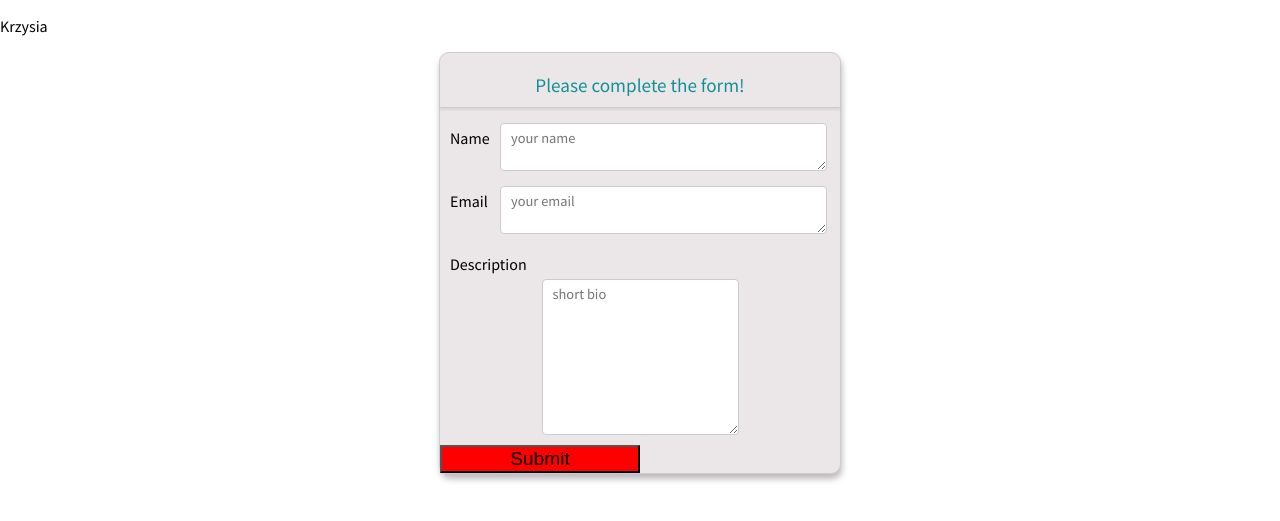
Repository: KrzysKolo/sr_tydzien4_zad2
Page: /
An editor plug-in stored every save of this project. The page is shown before and after the next save, followed by the edit.
The browser window is 1280 px wide. The pictures show the whole page.
The project was rebuilt for these pictures with package versions that can differ from the ones it lists, and the page was loaded fresh each time. Also part of the build but not shown: src/components/formComponents/ErrorMessage.js, src/components/formComponents/Message.js.

Above is the page before, as saved 2020-11-27 17:31:34.

### src/index.css
@import url("https://fonts.googleapis.com/css?family=Source+Sans+Pro");
body {
  margin: 0;
  font-family: "Source Sans Pro", sans-serif;
}

code {
  font-family: source-code-pro, Menlo, Monaco, Consolas, "Courier New",
    monospace;
}

### src/App.js
import React from 'react'
import Form from './components/Form';

function App() {
  return (
    <div>
      <p>Krzysia</p>
      <Form />
    </div>
  )
}

export default App

### src/components/Form.js
import React, { Component } from 'react';
import Input from './formComponents/Input';
import TextArea from './formComponents/TextArea';
import Button from './formComponents/Button';
import Header from './formComponents/Header';
import Message from './formComponents/Message';
import styled from 'styled-components';

const ContainerForm = styled.form`
width: 80%;
max-width: 400px;
background: rgb(235, 231, 232);
border: 1px solid rgb(206, 204, 204);
border-radius: 10px;
box-shadow: 1px 5px 6px rgb(189, 185, 189);
margin: 0 auto;
`;

class Form extends Component {

state = {
    Name: '',
    Email: '',
    Description: '',
    message: '',
    errors: {
        Name: false,
        Email: false,
        Description: false,
        }
}
message = {
    Name_incorrect: "Nazwa musi być dłuższa niż 5 znaków i nie może zawierać spacji",
    Email_incorrect: "Brak @ lub adres zawiera spacje",
    Description_incorrect: "Opis musi zawierać co najmniej 3 znaki",
}

handleChange = e =>{
    const inputName = e.target.name;
    const type = e.target.type
    if(type === "text" || type === "email") {
        const value = e.target.value;
        this.setState({
            [inputName] : value,
        })
    }
}
onSubmit = e => {
    e.preventDefault();
    const validation = this.formValidation();
    if(validation.correct) {
      this.setState({
        Name: "",
        Email: "",
        Description: '',
        message: "The form has been submitted!",
        errors: {
          Name: false,
          Email: false,
          Description: false,
        }
      })
      console.log(this.state.message);
    } else {
      this.setState({
        errors: {
          Name: !validation.Name,
          Email: !validation.Email,
          Description: !validation.Description,
        }
      })
    }
}

formValidation = () => {
    let Name = false;
    let Email = false;
    let Description = false;
    let correct = false;
    if(this.state.Name.length > 5) {
      Name = true;
    }
    if(this.state.Email.indexOf('@') !== -1 && this.state.Email.lastIndexOf(' ') === -1) {
      Email = true;
    }
    if(this.state.Description.length >= 3) {
      Description = true;
    }
    if (Name && Email && Description){
        correct = true;
      }
   return ({
      Name,
      Email,
      Description,
      correct,

    })

  }

    render () {

    return (
        <ContainerForm onSubmit={this.onSubmit} noValidate>
          <Header />
          <Input type="text" placeholder="your name" value={this.state.Name} name="Name" onChange={this.handleChange} errorInfo={this.state.errors.Name} message={this.message.Name_incorrect} />
          <Input type="email" placeholder="your email" value={this.state.Email} name="Email" onChange={this.handleChange} errorInfo={this.state.errors.Email} message={this.message.Email_incorrect} />
          <TextArea  rows="8" placeholder="short bio" value={this.state.Description} name="Description" onChange={this.handleChange} errorInfo={this.state.errors.Description} message={this.message.Description_incorrect} />
          <Button type="submit" />
          {this.state.message && <Message message={this.state.message} /> }
        </ContainerForm>
    )
    }
}

export default Form

### src/components/formComponents/Input.js
import React from 'react'
import styled from 'styled-components';
import ErrorMessage from './ErrorMessage';

const TextAreaDiv = styled.div`
    display: flex;
    flex-direction: row;
    align-content: center;
    margin: 0 auto;
    padding-top: 5px;

`;
const TextAreaLabel = styled.label`
    width: 10%;
    font-size: 1rem;
    padding: 5px 10px;
`;
const inputStyles = errorInfo => `
    width: 80%;
    max-width: 305px;
    padding: 5px 10px;
    border: 1px solid ${errorInfo ? '#d3170d' : '#ccc'};
    border-radius: 4px;
    font-family: inherit;
    font-size: 0.9rem;
    ${!errorInfo && 'margin-bottom: 10px;'}
`;
const TextAreaError = styled.textarea`
    ${props => inputStyles(props.errorInfo)}
`;

const Input = (props) => {
    const { name, message, errorInfo }= props;
    return (
        <>
            <TextAreaDiv>
                <TextAreaLabel>{name} </TextAreaLabel>
                <TextAreaError {...props} errorInfo={errorInfo} message={message}/>
            </TextAreaDiv>
            {errorInfo && <ErrorMessage message={message} /> }
        </>
    )

}

export default Input;

### src/components/formComponents/TextArea.js
import React from 'react'
import styled from 'styled-components';
import ErrorMessage from './ErrorMessage';

const TextAreaDiv = styled.div`
    display: flex;
    flex-direction: column;
    align-content: center;
    margin: 0 auto;
    padding-top: 5px;

`;
const TextAreaLabel = styled.label`
    width: 10%;
    font-size: 1rem;
    padding: 5px 10px;
`;
const textAreaStyles = errorInfo => `
    width: 90%
    min-width: 400px;
    margin: 0 auto;
    padding: 5px 10px;
    border: 1px solid ${errorInfo ? '#d3170d' : '#ccc'};
    border-radius: 4px;
    font-family: inherit;
    font-size: 0.9rem;
    ${!errorInfo && 'margin-bottom: 10px;'}
`;
const TextAreaError = styled.textarea`
    ${props => textAreaStyles(props.errorInfo)}
`;

const Input = (props) => {
    const { name, message, errorInfo }= props;
    return (
        <>
            <TextAreaDiv>
                <TextAreaLabel>{name} </TextAreaLabel>
                <TextAreaError {...props} errorInfo={errorInfo} message={message}/>
            </TextAreaDiv>
            {errorInfo && <ErrorMessage message={message} /> }
        </>
    )

}

export default Input;

### src/components/formComponents/Button.js
import React from 'react'
import styled from 'styled-components';

const BtnSubmit = styled.button`
 width: 200px;
 background: red;
 font-size: 1.2rem;
`;

const Button = () => {
    return (
        <BtnSubmit>Submit</BtnSubmit>
    )
}

export default Button;

### src/components/formComponents/Header.js
import React from 'react';
import styled from 'styled-components';

const HeaderTitle = styled.header`
    border-bottom: 1px solid rgb(206, 204, 204);
    box-shadow: 0 2px 2px rgba(189, 185, 189, 0.4);
    color: rgb(19, 144, 150);
    font-size: 1.2rem;
    font-wight: 900;
    padding: 10px;
    margin: 10px auto;
    text-align: center;

`;

const Header = () => {
    return (
        <HeaderTitle>
            Please complete the form!
        </HeaderTitle>
    )
}

export default Header;

Loaded but not shown: public/index.html (common file); src/index.js (common file)

After the next save:
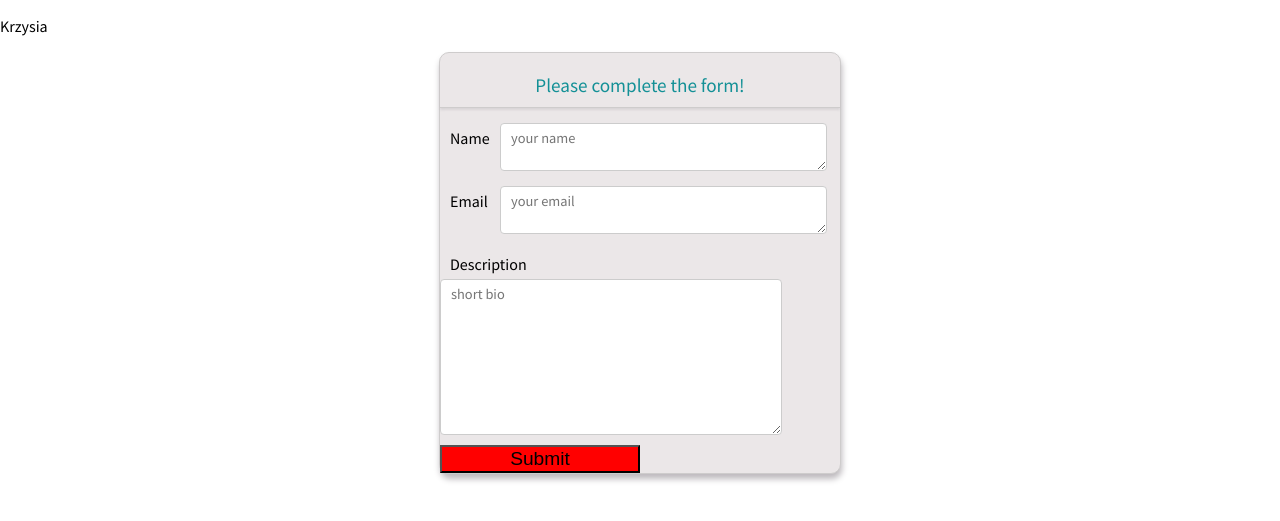
Saved 24 s later.
--- a/src/components/formComponents/TextArea.js
+++ b/src/components/formComponents/TextArea.js
@@ -16,9 +16,8 @@ const TextAreaLabel = styled.label`
     padding: 5px 10px;
 `;
 const textAreaStyles = errorInfo => `
-    width: 90%
-    min-width: 400px;
-    margin: 0 auto;
+    width: 80%;
+    max-width: 330px;
     padding: 5px 10px;
     border: 1px solid ${errorInfo ? '#d3170d' : '#ccc'};
     border-radius: 4px;
